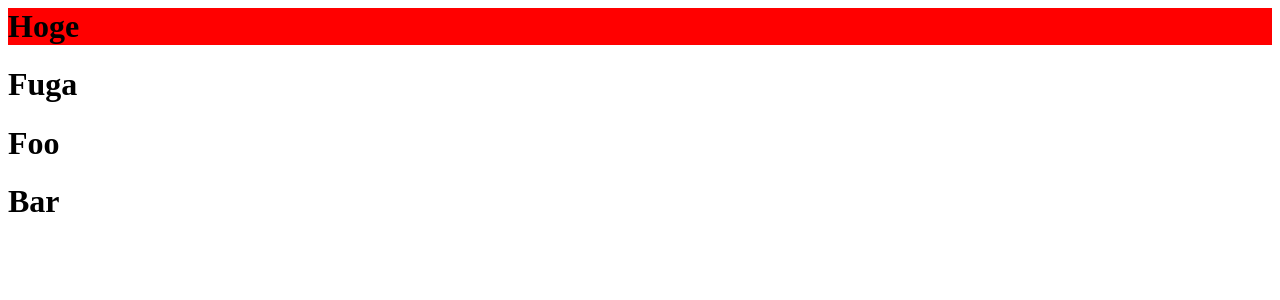
Repository: ioroi500jp/samurai_HTML-CSS
Page: index.html
The author's editor kept a record of every edit. The page is drawn from the files as they stood at one moment, then again after the next edit.
The browser window is 1280 px wide. The pictures show the whole page.

Above is the page before.

### index.html
<html lang="ja">
    <head>
        <style>
            h1:first-child {
                background-color: red;
            }
        </style>
    </head>
    <body>
        <h1>Hoge</h1>
        <h1>Fuga</h1>
        <h1>Foo</h1>
        <h1>Bar</h1>
    </body>
</html>

After the next edit:
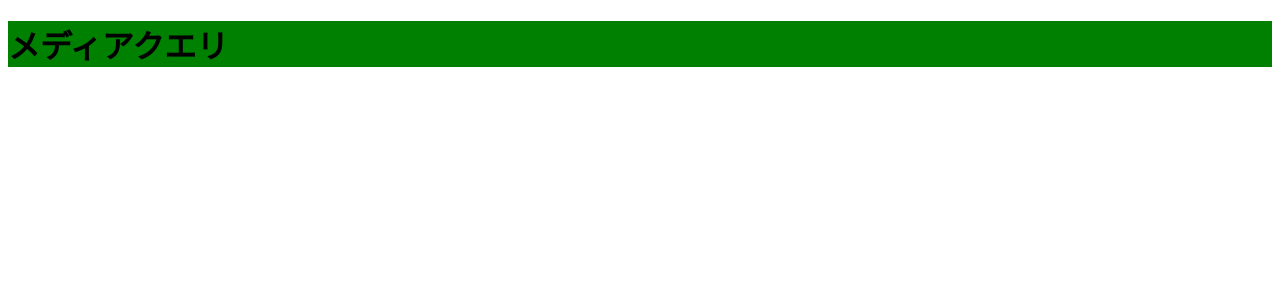
The edit:
--- a/index.html
+++ b/index.html
@@ -1,15 +1,38 @@
+<!DOCTYPE html>
 <html lang="ja">
     <head>
+        <meta charset="UTF-8">
+        <meta name="viewport" content="width=device-width, initial-scale=1.0">
+        <meta http-equiv="X-UA-Compatible" content="ie=edge">
+        <title>Document</title>
+    </head>
+    <body>
+
+    </body>
+    </html>
+    <head>
+        <meta name="viewport" content="width=device-width, initial-scale=1">
         <style>
-            h1:first-child {
-                background-color: red;
+            .media {
+                background-color: blue;
+            }
+
+            @media screen and (min-width:480px) {
+                .media {
+                    background-color: red;
+                }
+            }
+
+            @media screen and (min-width:640px) {
+                .media {
+                    background-color: green;
+                }
             }
         </style>
     </head>
     <body>
-        <h1>Hoge</h1>
-        <h1>Fuga</h1>
-        <h1>Foo</h1>
-        <h1>Bar</h1>
+        <div class="media">
+            <h1>メディアクエリ</h1>
+        </div>
     </body>
 </html>
